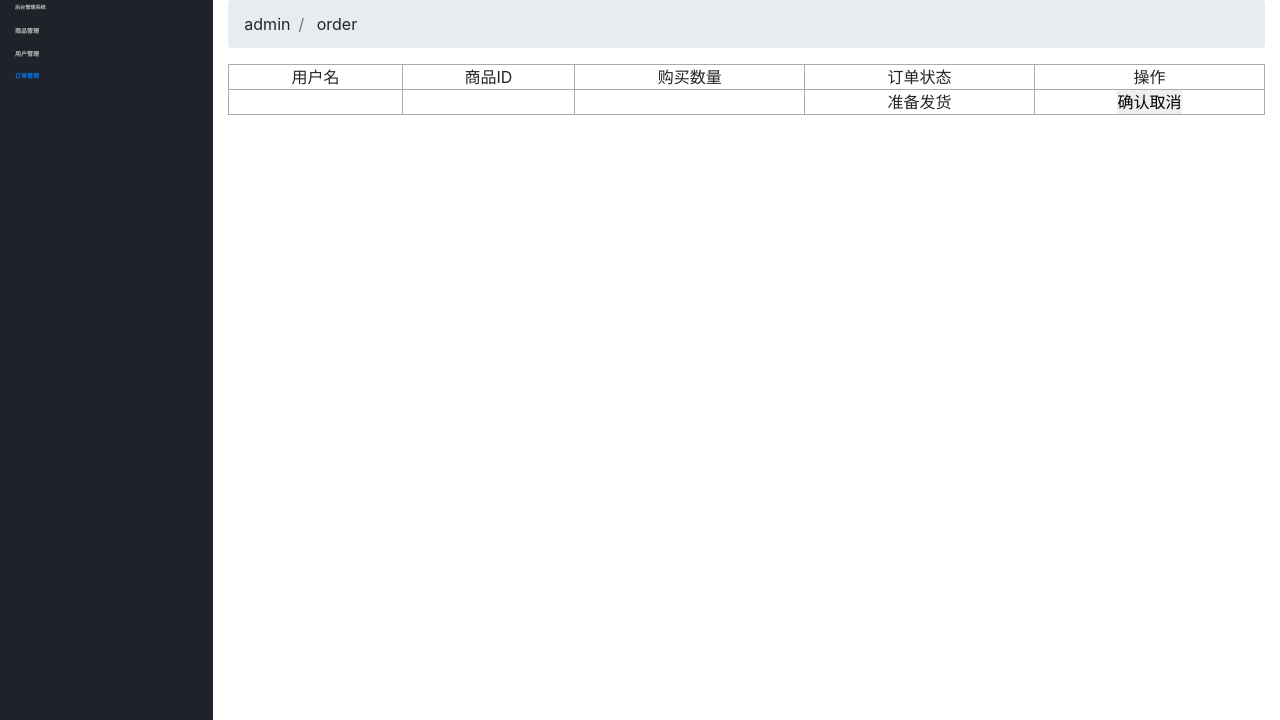
Repository: Rayfang0719/Vue-admin
Page: /admin/order
These files come from the project's save history. The page is drawn as it stood at one moment and after the next save; the edit follows.
The browser window is 1280 px wide. The pictures show the whole page.
The project was rebuilt for these pictures with package versions that can differ from the ones it lists, and the page was loaded fresh each time. Also part of the build but not shown: vue.config.js, src/pages/login.vue.

Above is the page before, as saved 2019-05-12 19:14:36.

After the next save:
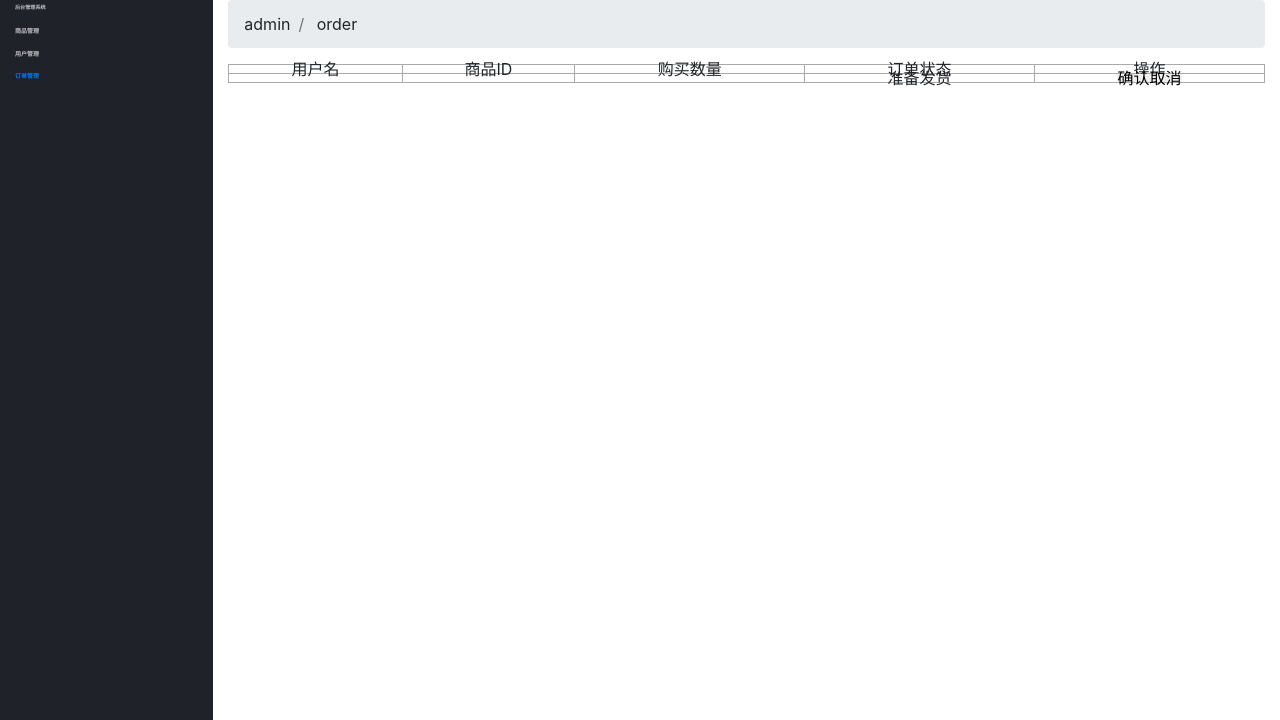
Saved 6 s later.
--- a/src/pages/admin/order.vue
+++ b/src/pages/admin/order.vue
@@ -42,6 +42,7 @@ table{
         border: 1px solid #aaa;
         text-align: center;
         height: 0.5rem;
+        line-height: 0.5rem;
     }
 }
 
